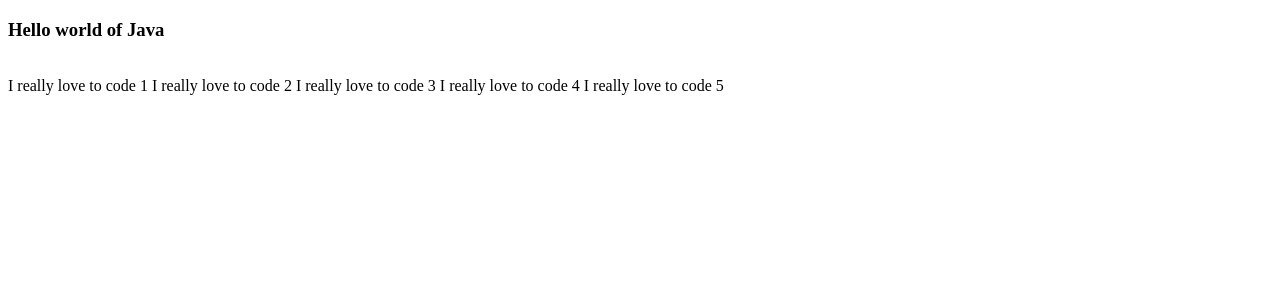
Repository: mohdsalman1994/JspServletProjects
Page: http://localhost/jspdemo/scriptlet-test.jsp
These files come from the project's save history. The page is drawn as it stood at one moment and after the next save; the edit follows.
The browser window is 1280 px wide. The pictures show the whole page.
The page is served by Tomcat 9.

Above is the page before, as saved 2017-08-03 05:04:08.

After the next save:
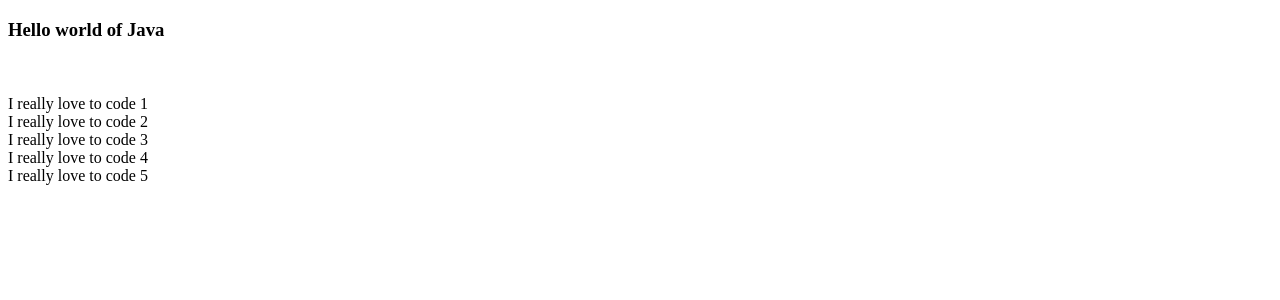
Saved 100 s later.
--- a/jspdemo/WebContent/scriptlet-test.jsp
+++ b/jspdemo/WebContent/scriptlet-test.jsp
@@ -8,6 +8,8 @@
 	<h3>Hello world of Java</h3>
 	<br/>
 	<% for(int i = 1; i <=5; i++)
-		out.println("I really love to code "+i);%>
+	{
+		out.print("<br/>I really love to code "+i);
+		}%>
 </body>
 </html>
